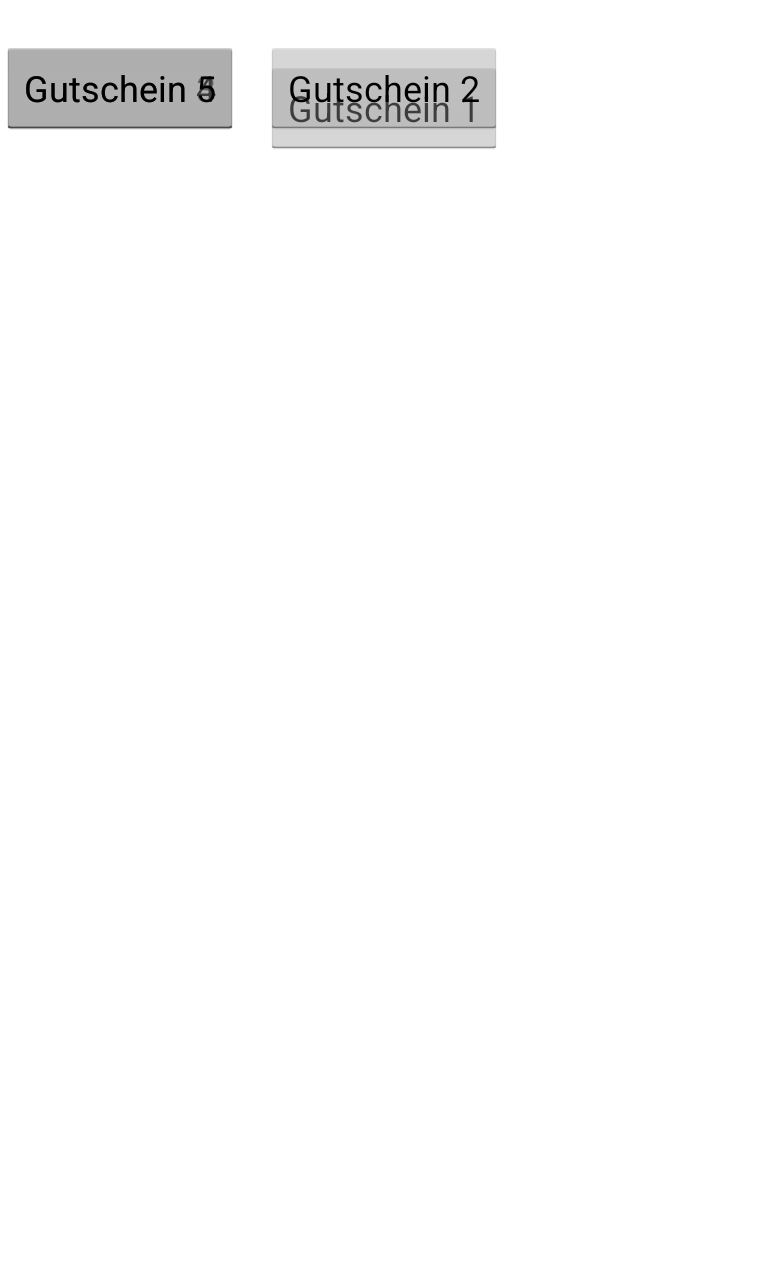
Repository: flashback2k12/ChristmasPresent
Layout: ChristmasPresent/res/layout/activity_checkbox2.xml
An editor plug-in stored every save of this project. The layout is shown before and after the next save, followed by the edit.
It is drawn on a 768 x 1280 px phone screen (xhdpi) without system bars, with theme AppTheme; the app's code is not run.

Above is the layout before, as saved 2012-12-18 19:55:35.

After the next save:
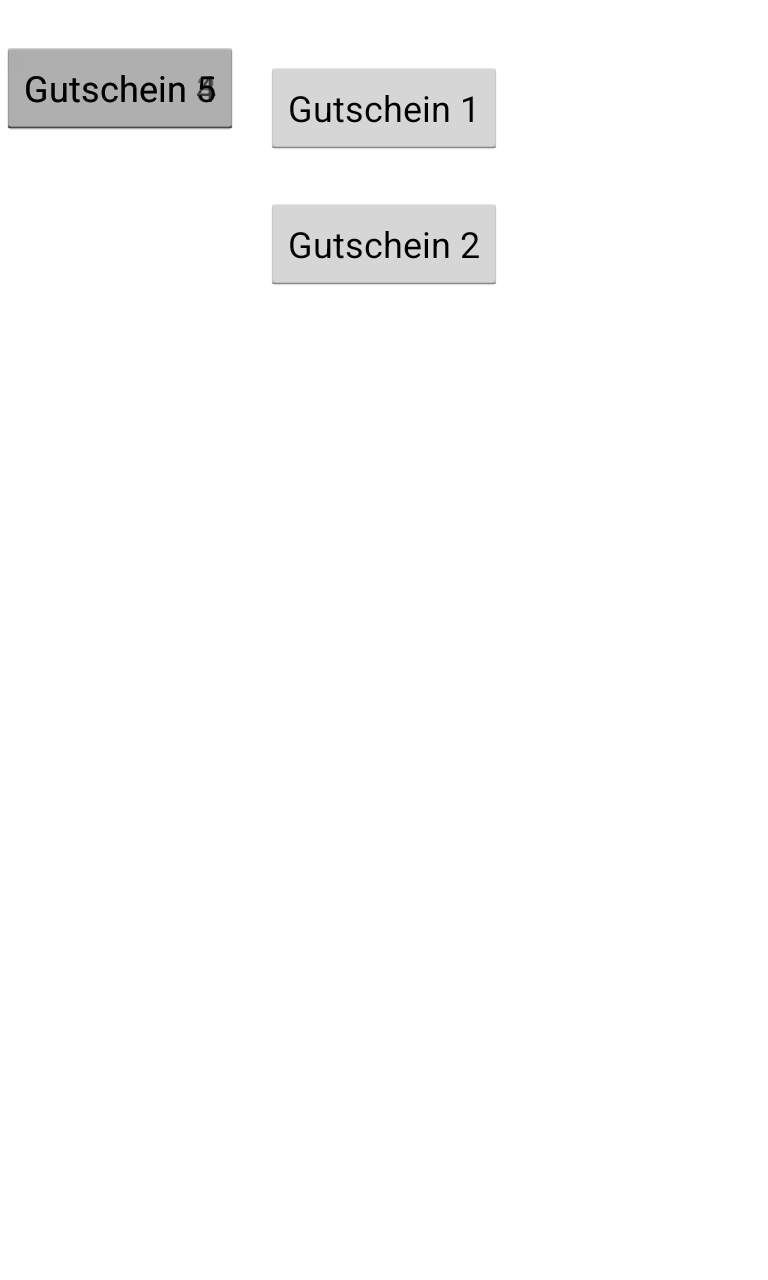
Saved 39 s later.
--- a/ChristmasPresent/res/layout/activity_checkbox2.xml
+++ b/ChristmasPresent/res/layout/activity_checkbox2.xml
@@ -20,7 +20,7 @@
         android:layout_width="wrap_content"
         android:layout_height="wrap_content"
         android:layout_alignLeft="@+id/button6"
-        android:layout_below="@+id/button8"
+        android:layout_below="@+id/button6"
         android:layout_marginTop="20dp"
         android:onClick="SecoundCoupon"
         android:text="@string/checkbox2" />
@@ -29,8 +29,8 @@
         android:id="@+id/Button08"
         android:layout_width="wrap_content"
         android:layout_height="wrap_content"
-        android:layout_alignLeft="@+id/Button01"
-        android:layout_below="@+id/Button01"
+        android:layout_alignLeft="@+id/Button06"
+        android:layout_below="@+id/Button06"
         android:layout_marginTop="20dp"
         android:onClick="ThirdCoupon"
         android:text="@string/checkbox3" />
